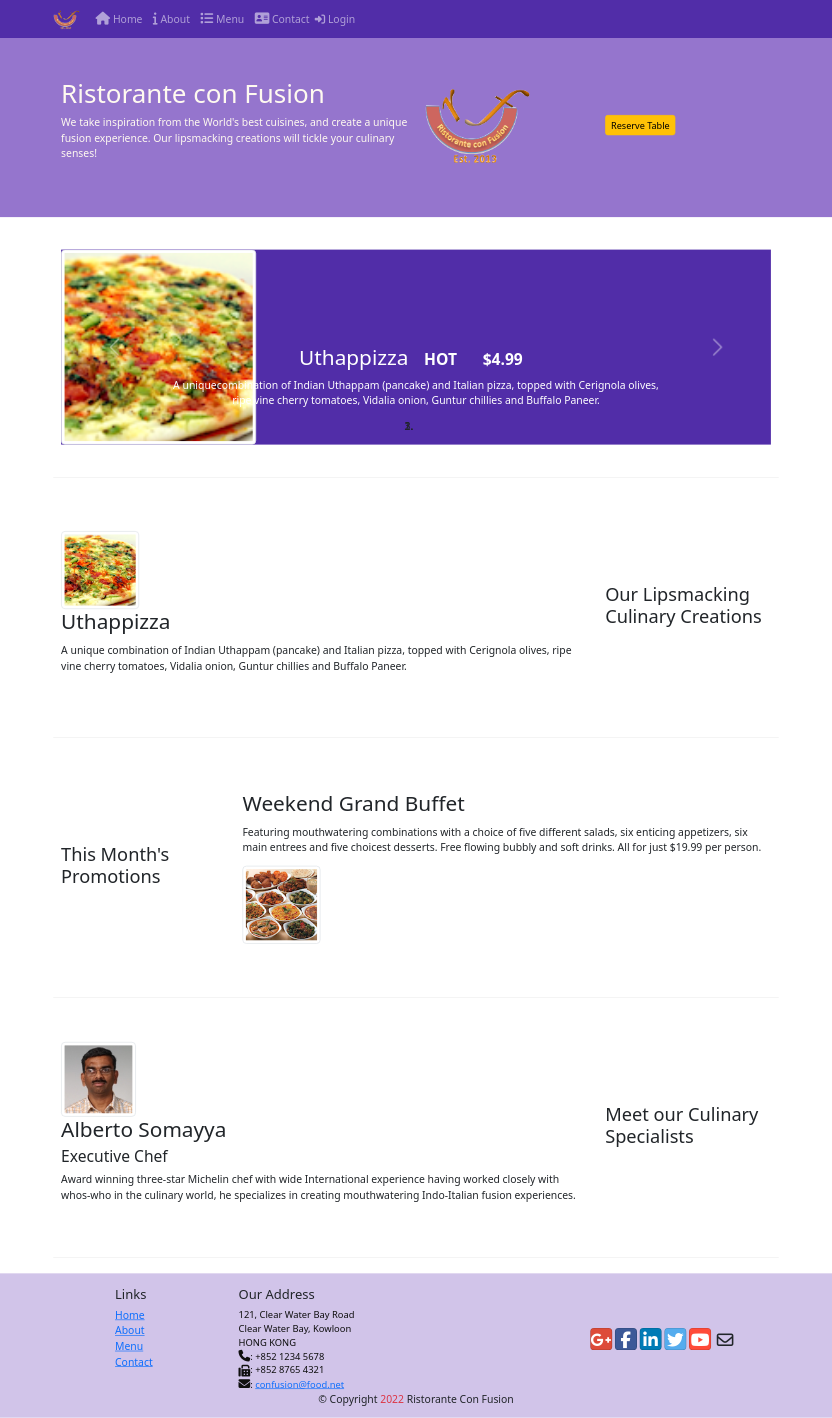
Repository: DungBuiTuan/LAB_FER201m
Page: index.html
The author's editor kept a copy of each file at every save. The page is drawn from the files as they stood at one save, then again after the next save.
The browser window is 1280 px wide. The pictures show the whole page, at 65% of full size.
Some web libraries are served in a nearby version.

Above is the page before, as saved 2023-05-29 00:52:26.

### index.html
<!DOCTYPE html>
<html lang="en">

<head>

    <meta charset="utf-8">
    <meta name="viewport" content="width=device-width, initial-scale=1, shrink-to-fit=no">
    <meta http-equiv="x-ua-compatible" content="ie=edge">
    <link rel="stylesheet" href="node_modules/bootstrap/dist/css/bootstrap.min.css" />
    <link rel="stylesheet" href="node_modules/font-awesome/css/font-awesome.min.css">
    <link rel="stylesheet" href="node_modules/bootstrap-social/bootstrap-social.css">
    <link href="css/styles.css" rel="stylesheet">
    <title>Ristorante Con Fusion</title>

</head>

<body>

    <nav class="navbar navbar-dark navbar-expand-md fixed-top">
        <div class="container">
            <button class="navbar-toggler" type="button" data-toggle="collapse" data-target="#Navbar">
                <span class="navbar-toggler-icon"></span>
            </button>
            <a class="navbar-brand mr-auto" href="#"><img src="img/logo.png" height="30" width="41"></a>
            <div class="collapse navbar-collapse" id="Navbar">
                <ul class="navbar-nav">
                    <li class="nav-item active"><a class="nav-link" href="#"><span class="fa fa-home fa-lg"></span>
                            Home</a></li>
                    <li class="nav-item"><a class="nav-link" href="./aboutus.html"><span
                                class="fa fa-info fa-lg"></span> About</a></li>
                    <li class="nav-item"><a class="nav-link" href="#"><span class="fa fa-list fa-lg"></span> Menu</a>
                    </li>
                    <li class="nav-item"><a class="nav-link" href="./contactus.html"><span
                                class="fa fa-address-card fa-lg"></span> Contact</a></li>
                </ul>
                <span class="navbar-text ml-auto">
                    <a data-toggle="modal" data-target="#loginModal">
                        <span class="fa fa-sign-in"></span> Login</a>
                </span>
            </div>
        </div>

    </nav>


    <header class="jumbotron">
        <div class="container">
            <div class="row row-header">
                <div class="col-12 col-sm-6">
                    <h1>Ristorante con Fusion</h1>
                    <p>We take inspiration from the World's best cuisines, and create a unique fusion experience. Our
                        lipsmacking creations will tickle your culinary senses!</p>
                </div>
                <div class="col-12 col-sm align-self-center">
                    <img src="img/logo.png" class="img-fluid">
                </div>
                <div class="col-12 col-sm align-self-center">
                    <a role="button" class="btn btn-block btn-sm btn-warning" href="#ReverseModal" data-toggle="modal"
                        style="font-weight: 500;">Reserve Table</a>
                </div>
            </div>
        </div>
    </header>

    <div class="container">
        <div id="loginModal" class="modal fade" role="dialog">
            <div class="modal-dialog modal-lg" role="content">
                <!-- Modal content-->
                <div class="modal-content">
                    <div class="modal-header navbar-dark">
                        <h4 class="modal-title text-white">Login</h4>
                        <button type="button" class="close" data-dismiss="modal"><p class="text-white">&times;</p></button>
                    </div>
                    <div class="modal-body">
                        <form>
                            <div class="form-row">
                                <div class="form-group col-sm-4">
                                    <label class="sr-only ">Email address</label>
                                    <input type="email" class="form-control form-control-sm" placeholder="Enter email">
                                </div>
                                <div class="form-group col-sm-4">
                                    <label class="sr-only">Password</label>
                                    <input type="password" class="form-control form-control-sm " placeholder="Password">
                                </div>
                                <div class="col-sm-auto">
                                    <div class="form-check">
                                        <input class="form-check-input" type="checkbox">
                                        <label class="form-check-label"> Remember me
                                        </label>
                                    </div>
                                </div>
                            </div>
                            <div class="form-row">
                                <button type="button" class="btn btn-secondary btn-sm ml-auto"
                                    data-dismiss="modal">Cancel</button>
                                <button type="submit" class="btn btn-primary btn-sm ml-1">Sign in</button>
                            </div>
                        </form>
                    </div>
                </div>
            </div>
        </div>
        <!-- reverseModal -->
        <div id="ReverseModal" class="modal fade" role="dialog">
            <div class="modal-dialog modal-lg" role="content">
                <div class="modal-content">
                    <div class="modal-header navbar-dark">
                        <h4 class="modal-title text-white">Reserve a Table</h4>
                        <button type="button" class="close" data-dismiss="modal">&times;</button>
                    </div>
                    <div class="card-body">
                        <div class="row">
                            <dd class="col-12 col-md-2">Number of Guests</dd>
                            <dd class="col-12 col-md-1"></dd>
                            <dd class="col-12 col-md-9">
                                <div class="form-check row ">
                                    <label class="form-check-inline" for="radio1">
                                        <input type="radio" class="form-check-input" id="radio1" name="optradio"
                                            value="option1">1
                                    </label>
                                    <label class="form-check-inline" for="radio2">
                                        <input type="radio" class="form-check-input" id="radio2" name="optradio"
                                            value="option2">2
                                    </label>
                                    <label class="form-check-inline" for="radio3">
                                        <input type="radio" class="form-check-input" id="radio3" name="optradio"
                                            value="option3">3
                                    </label>
                                    <label class="form-check-inline" for="radio4">
                                        <input type="radio" class="form-check-input" id="radio4" name="optradio"
                                            value="option1">4
                                    </label>
                                    <label class="form-check-inline" for="radio5">
                                        <input type="radio" class="form-check-input" id="radio5" name="optradio"
                                            value="option2">5
                                    </label>
                                    <label class="form-check-inline col-12 col-sm-1" for="radio6">
                                        <input type="radio" class="form-check-input" id="radio6" name="optradio"
                                            value="option3">6
                                    </label>
                                </div>
                            </dd>
                        </div>
                        <div class="row">
                            <dd class="col-12 col-md-3">Section</dd>
                            <div class="btn-group col-12 col-sm-12 col-md-8" data-toggle="buttons">
                                <label class="btn btn-success active">
                                    <input class="d-none" type="radio" id="nonSmoking" autocomplete="off" name="section"
                                        checked>Non-Smoking
                                </label>
                                <label class="btn btn-danger">
                                    <input class="d-none" type="radio" id="smoking" autocomplete="off" name="section"
                                        checked>Smoking
                                </label>
                            </div>
                        </div>
                        <div class="row">
                            <dd class="col-12 col-md-2">Date and Time</dd>
                            <dd class="col-12 col-md-1"></dd>
                            <dd class="col-12 col-md-9">
                                <div class="form-group row">
                                    <div class="col-12 col-md-6">
                                        <input type="tel" class="form-control" id="areacode" name="areacode"
                                            placeholder="Date">
                                    </div>
                                    <div class="col-12 col-md-6">
                                        <input type="tel" class="form-control" id="telnum" name="telnum"
                                            placeholder="Time">
                                    </div>
                                    <div class="form-group row">
                                        <div class="offset-md-2 offset-2 col-md-8">
                                            <br>
                                            <button type="submit" class="btn badge-secondary">Cancel</button>
                                        </div>

                                    </div>
                                    <div class="form-group row">
                                        <div class="offset-md-2 offset-2 col-md-8">
                                            <br>
                                            <button type="submit" class="btn badge-primary">Reserve</button>
                                        </div>
                                    </div>
                                </div>
                            </dd>
                        </div>
                        </br>
                    </div>

                </div>
            </div>
        </div>

        <!--Carousell-->
        <div class="row row-content">
            <div class="col">
                <div id="mycarousel" class="carousel slide" data-ride="carousel">
                    <ol class="carousel-indicators">
                        <li data-target="#mycarousel" data-slide-to="0" class="active"></li>
                        <li data-target="#mycarousel" data-slide-to="1"></li>
                        <li data-target="#mycarousel" data-slide-to="2"></li>
                    </ol>
                    <div class="carousel-inner" role="listbox">
                        <div class="carousel-item active">
                            <img class="d-block img-thumbnail" src="img/uthappizza.png" alt="Uthappizza">
                            <div class="carousel-caption d-none d-md-block">
                                <h2>Uthappizza
                                    <span class="badge badge-danger">HOT</span>
                                    <span class="badge badge-pill badge-secondary">$4.99</span>
                                </h2>
                                <p class="d-none d-sm-block text-monospace">
                                    A uniquecombination of Indian Uthappam (pancake) and Italian
                                    pizza, topped with Cerignola olives, ripe vine cherry tomatoes,
                                    Vidalia onion, Guntur chillies and Buffalo Paneer.
                                </p>
                            </div>
                        </div>
                        <div class="carousel-item">
                            <img class="d-block img-thumbnail" src="img/buffet.png" alt="Grand Buffet">
                            <div class="carousel-caption d-none d-md-block">
                                <h2 class="mt-0">
                                    Weekend Grand Buffet <span class="badge badge-info">NEW</span>
                                </h2>
                                <p class="d-none d-sm-block text-monospace">
                                    Featuring mouthwatering combinations with a choice of five
                                    different salads, six enticing appetizers, six main entrees and
                                    five choicest desserts. Free flowing bubbly and soft drinks. All
                                    for just $19.99 per person.
                                </p>
                            </div>
                        </div>
                        <div class="carousel-item">
                            <img class="d-block img-thumbnail" src="img/alberto.png" alt="Alberto Somayya">
                            <div class="carousel-caption d-none d-md-block">
                                <h2 class="mt-0">Alberto Somayya
                                    <span class="badge badge-warning">Executive Chef</span>
                                </h2>
                                <p class="d-none d-sm-block text-monospace">
                                    Award winning three-star Michelin chef with wide International
                                    experience having worked closely with whos-who in the culinary
                                    world, he specializes in creating mouthwatering Indo-Italian
                                    fusion experiences.
                                </p>
                            </div>
                        </div>
                    </div>
                    <a class="carousel-control-prev" href="#mycarousel" role="button" data-slide="prev">
                        <span class="carousel-control-prev-icon"></span>
                    </a>
                    <a class="carousel-control-next" href="#mycarousel" role="button" data-slide="next">
                        <span class="carousel-control-next-icon"></span>
                    </a>

                </div>
            </div>
        </div>



        <div class="row row-content align-items-center">
            <div class="col-sm-4 col-md-3 order-sm-2 order-1">
                <h3>Our Lipsmacking Culinary Creations</h3>
            </div>
            <div class="col-sm col-md order-sm-1 order-2">
                <div class="media">
                    <img class="d-flex mr-3 img-thumbnail align-self-center" src="img/uthappizza.png" alt="Uthappizza">
                    <div class="media-body">
                        <h2 class="mt-0">Uthappizza <span class="badge badge-danger">HOT</span> <span
                                class="badge badge-pill badge-secondary">$4.99</span></h2>
                        <p class="d-none d-sm-block">A unique combination of Indian Uthappam (pancake) and
                            Italian pizza, topped with Cerignola olives, ripe vine
                            cherry tomatoes, Vidalia onion, Guntur chillies and
                            Buffalo Paneer.
                        </p>
                    </div>
                </div>
            </div>
        </div>

        <div class="row row-content align-items-center">
            <div class="col-sm-4 col-md-3">
                <h3>This Month's Promotions</h3>
            </div>
            <div class="col-sm col-md">
                <div class="media">
                    <div class="media-body">
                        <h2 class="mt-0">Weekend Grand Buffet <span class="badge badge-danger">NEW</span></h2>
                        <p class="d-none d-sm-block">Featuring mouthwatering combinations with a choice of
                            five different salads, six enticing appetizers, six main entrees and five choicest
                            desserts.
                            Free flowing bubbly and soft drinks. All for just $19.99 per person.
                        </p>
                    </div>
                    <img class="d-flex mr-3 img-thumbnail align-self-center" src="img/buffet.png" alt="Grand Buffet">
                </div>
            </div>
        </div>

        <div class="row row-content align-items-center">
            <div class="col-sm-4 col-md-3 order-sm-2 order-1">
                <h3>Meet our Culinary Specialists</h3>
            </div>
            <div class="col-sm col-md order-sm-1 order-2">
                <div class="media">
                    <img class="d-flex mr-3 img-thumbnail align-self-center" src="img/alberto.png"
                        alt="Alberto Somayya">
                    <div class="media-body">
                        <h2 class="mt-0">Alberto Somayya</h2>
                        <h4>Executive Chef</h4>
                        <p class="d-none d-sm-block">Award winning three-star Michelin chef with wide
                            International experience having worked closely with
                            whos-who in the culinary world, he specializes in
                            creating mouthwatering Indo-Italian fusion experiences.
                        </p>
                    </div>
                </div>
            </div>
        </div>
    </div>
    <br>

    <footer class="footer">
        <div class="container">
            <div class="row">
                <div class="col-5 offset-1 col-sm-2">
                    <h5>Links</h5>
                    <ul class="list-unstyled">
                        <li><a href="#">Home</a></li>
                        <li><a href="./aboutus.html">About</a></li>
                        <li><a href="#">Menu</a></li>
                        <li><a href="./contactus.html">Contact</a></li>
                    </ul>
                </div>
                <div class="col-6 col-sm-5">
                    <h5>Our Address</h5>
                    <address>
                        121, Clear Water Bay Road<br />
                        Clear Water Bay, Kowloon<br />
                        HONG KONG<br />
                        <i class="fa fa-phone fa-lg"></i>: +852 1234 5678<br />
                        <i class="fa fa-fax fa-lg"></i>: +852 8765 4321<br />
                        <i class="fa fa-envelope fa-lg"></i>:
                        <a href="mailto:confusion@food.net">confusion@food.net</a>
                    </address>
                </div>
                <div class="col col-sm-4 align-self-center">
                    <div style="text-align: center">
                        <a class="btn btn-social-icon btn-google-plus" href="http://google.com/+"><i
                                class="fa fa-google-plus"></i></a>
                        <a class="btn btn-social-icon btn-facebook" href="http://www.facebook.com/profile.php?id="><i
                                class="fa fa-facebook"></i></a>
                        <a class="btn btn-social-icon btn-linkedin" href="http://www.linkedin.com/in/"><i
                                class="fa fa-linkedin"></i></a>
                        <a class="btn btn-social-icon btn-twitter" href="http://twitter.com/"><i
                                class="fa fa-twitter"></i></a>
                        <a class="btn btn-social-icon btn-youtube" href="http://youtube.com/"><i
                                class="fa fa-youtube"></i></a>
                        <a class="btn btn-social-icon" href="mailto:"><i class="fa fa-envelope-o"></i></a>
                    </div>
                </div>
            </div>
            <div class="row justify-content-center">
                <div class="col-auto">
                    <p>
                        © Copyright <span class="text-danger">2022</span> Ristorante Con
                        Fusion
                    </p>
                </div>
            </div>
        </div>
    <script src="node_modules/jquery/dist/jquery.slim.min.js"></script>
    <script src="node_modules/popper.js/dist/umd/popper.min.js"></script>
    <script src="node_modules/bootstrap/dist/js/bootstrap.min.js"></script>

</body>

</html>

### css/styles.css
.row-header {
  margin: 0px auto;
  padding: 0px;
}

.row-content {
  margin: 0 auto;
  padding: 50px 0px 50px 0px;
  border-bottom: 1px ridge;
  min-height: 400px;
}

.footer {
  background-color: #d1c4e9;
  margin: 0px auto;
  padding: 20px 0px 0px 0px;
}

.jumbotron {
  padding: 70px 30px 70px 30px;
  margin: 0px auto;
  background: #9575cd;
  color: floralwhite;
}

address {
  font-size: 90%;
  margin: 0px;
  color: #0f0f0f;
}

body {
  padding: 50px 0px 0px 0px;
  z-index: 0;
}

.navbar-dark {
  background-color: #512da8;
}

.google-map {
  padding: 10px 0px;
  border-radius: 100%;
  overflow: hidden;
}
.tab-content {
  border-left: 1px solid #ddd;
  border-right: 1px solid #ddd;
  border-bottom: 1px solid #ddd;
  padding: 10px;
}
.carousel {
  background:#512DA8;
}
.carousel-item {
height: 300px;
}
.carousel-item img {
  position: absolute;
  top: 1;
  left: 0;
  min-height: 300px;
}

.card-body{
  background-color:  #d1c4e9;
}

.modal-body{
  background-color:  #d1c4e9;
}

Loaded but not shown: css/bootstrap-social.css (library)

After the next save:
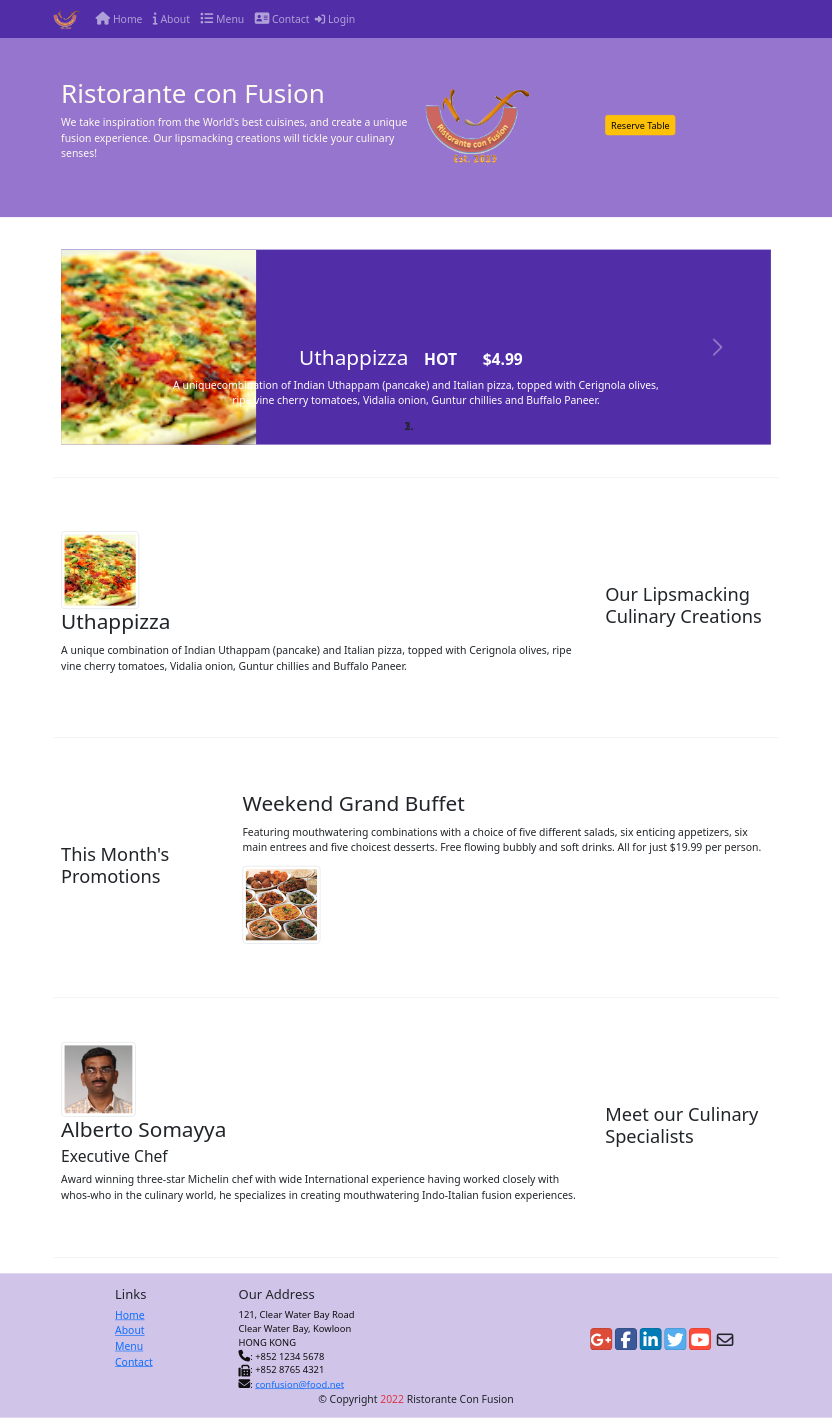
Saved 21 min 50 s later.
--- a/index.html
+++ b/index.html
@@ -201,7 +201,7 @@
                     </ol>
                     <div class="carousel-inner" role="listbox">
                         <div class="carousel-item active">
-                            <img class="d-block img-thumbnail" src="img/uthappizza.png" alt="Uthappizza">
+                            <img class="d-block" src="img/uthappizza.png" alt="Uthappizza">
                             <div class="carousel-caption d-none d-md-block">
                                 <h2>Uthappizza
                                     <span class="badge badge-danger">HOT</span>
